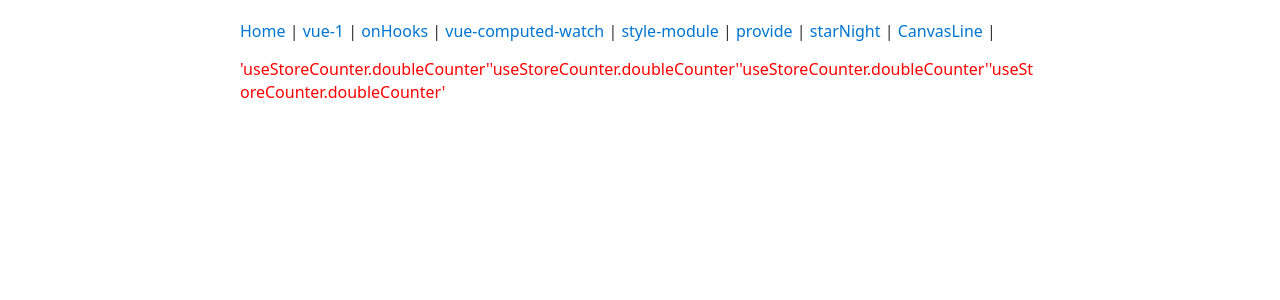
Repository: 596178924/vue3-ts-html
Page: /
An editor plug-in stored every save of this project. The page is shown before and after the next save, followed by the edit.
The browser window is 1280 px wide. The pictures show the whole page.
The project was rebuilt for these pictures with package versions that can differ from the ones it lists, and the page was loaded fresh each time. Also part of the build but not shown: vue.config.js.

Above is the page before, as saved 2022-02-15 16:30:38.

### public/index.html
<!DOCTYPE html>
<html lang="">
  <head>
    <meta charset="utf-8">
    <meta http-equiv="X-UA-Compatible" content="IE=edge">
    <meta name="viewport" content="width=device-width,initial-scale=1.0">
	<link rel="stylesheet" href="https://cdn.jsdelivr.net/npm/water.css@2/out/water.css">
    <link rel="icon" href="<%= BASE_URL %>favicon.ico">
    <title><%= htmlWebpackPlugin.options.title %></title>
  </head>
  <body>
    <noscript>
      <strong>We're sorry but <%= htmlWebpackPlugin.options.title %> doesn't work properly without JavaScript enabled. Please enable it to continue.</strong>
    </noscript>
    <div id="app"></div>
    <!-- built files will be auto injected -->
  </body>
</html>

### src/main.ts
import { createApp } from 'vue';
import App from './App.vue';
import router from './router';
import { createPinia } from 'pinia'
const app = createApp(App);
app.use(createPinia());
app.use(router);
app.mount('#app');

### src/App.vue
<template>
  <div id="nav">
    <router-link to="/">Home</router-link> |
    <router-link to="/vue-1">vue-1</router-link> |
    <router-link to="/onHooks">onHooks</router-link> |
    <router-link to="/vue-computed-watch">vue-computed-watch</router-link> |
    <router-link to="/style-module">style-module</router-link> |
    <router-link to="/provide">provide</router-link> |
    <router-link to="/starNight">starNight</router-link> |
    <router-link to="/CanvasLine">CanvasLine</router-link> |

  </div>
  <router-view/>
</template>

<style lang="scss">

</style>

### src/router/index.ts
import { createRouter, createWebHashHistory, RouteRecordRaw } from 'vue-router';

const routes: Array<RouteRecordRaw> = [
	{
		path: '/',
		name: 'Home',
		component: () => import('@/views/Home.vue')
	},
	{
		path: '/vue-1',
		name: 'vue-1',
		component: () => import('@/views/vue-1.vue')
	},
	{
		path: '/onHooks',
		name: 'onHooks',
		component: () => import('@/views/onHooks.vue')
	},
	{
		path: '/vue-computed-watch',
		name: 'vue-computed-watch',
		component: () => import('@/views/vue-computed-watch.vue')
	},
	{
		path: '/style-module',
		name: 'style-module',
		component: () => import('@/views/style-module.vue')
	},
	{
		path: '/provide',
		name: 'provide',
		component: () => import('@/views/provide.vue')
	},
	{
		path: '/starNight',
		name: 'starNight',
		component: () => import('@/views/starNight.vue')
	},
	{
		path: '/CanvasLine',
		name: 'CanvasLine',
		component: () => import('@/views/CanvasLine.vue')
	},

];

const router = createRouter({
	history: createWebHashHistory(),
	routes
});

export default router;

### src/views/Home.vue
<template>
	<div class="home">
		<p class="red">
			'useStoreCounter.doubleCounter''useStoreCounter.doubleCounter''useStoreCounter.doubleCounter''useStoreCounter.doubleCounter'
		</p>
	</div>
</template>

<script setup lang="ts" >
</script>
<style lang="scss" scoped>
.red {
	color: #ff0000;
	&::selection {
		color: gold;
		background-color: #0011ff;
	}
}
</style>

After the next save:
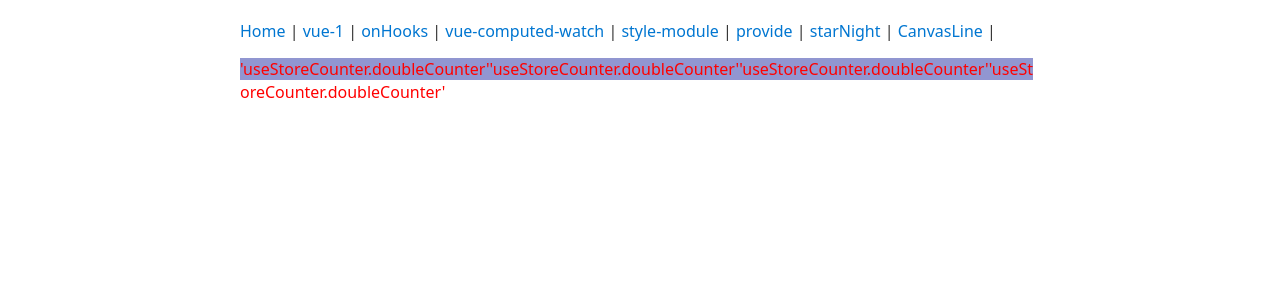
Saved 35 s later.
--- a/src/views/Home.vue
+++ b/src/views/Home.vue
@@ -15,5 +15,9 @@
 		color: gold;
 		background-color: #0011ff;
 	}
+	&::first-line {
+		background-color: #9196d1;
+
+	}
 }
 </style>
